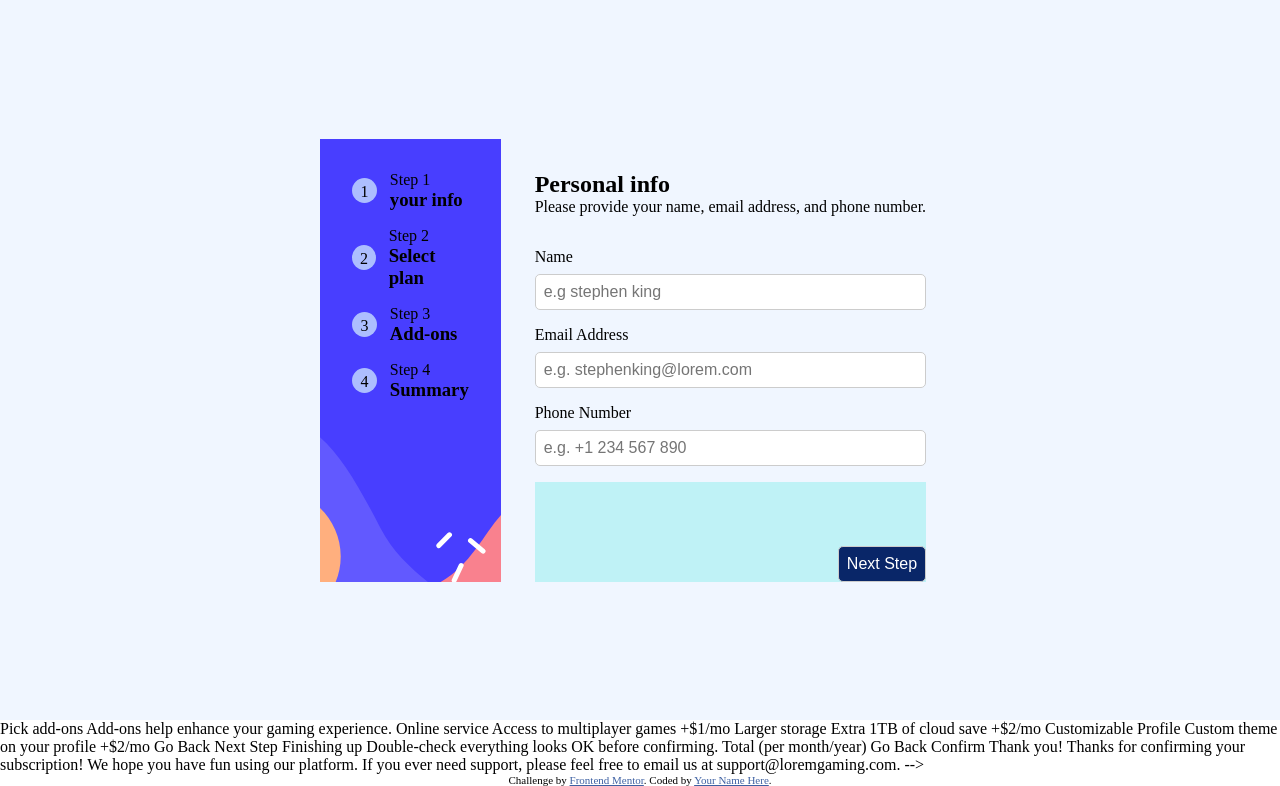
Repository: reemoon-ctrl/reemoon-ctrl.github.io
Page: index.html
An editor plug-in stored every save of this project. The page is shown before and after the next save, followed by the edit.
The browser window is 1280 px wide. The pictures show the whole page.

Above is the page before, as saved 2025-04-29 09:38:11.

After the next save:
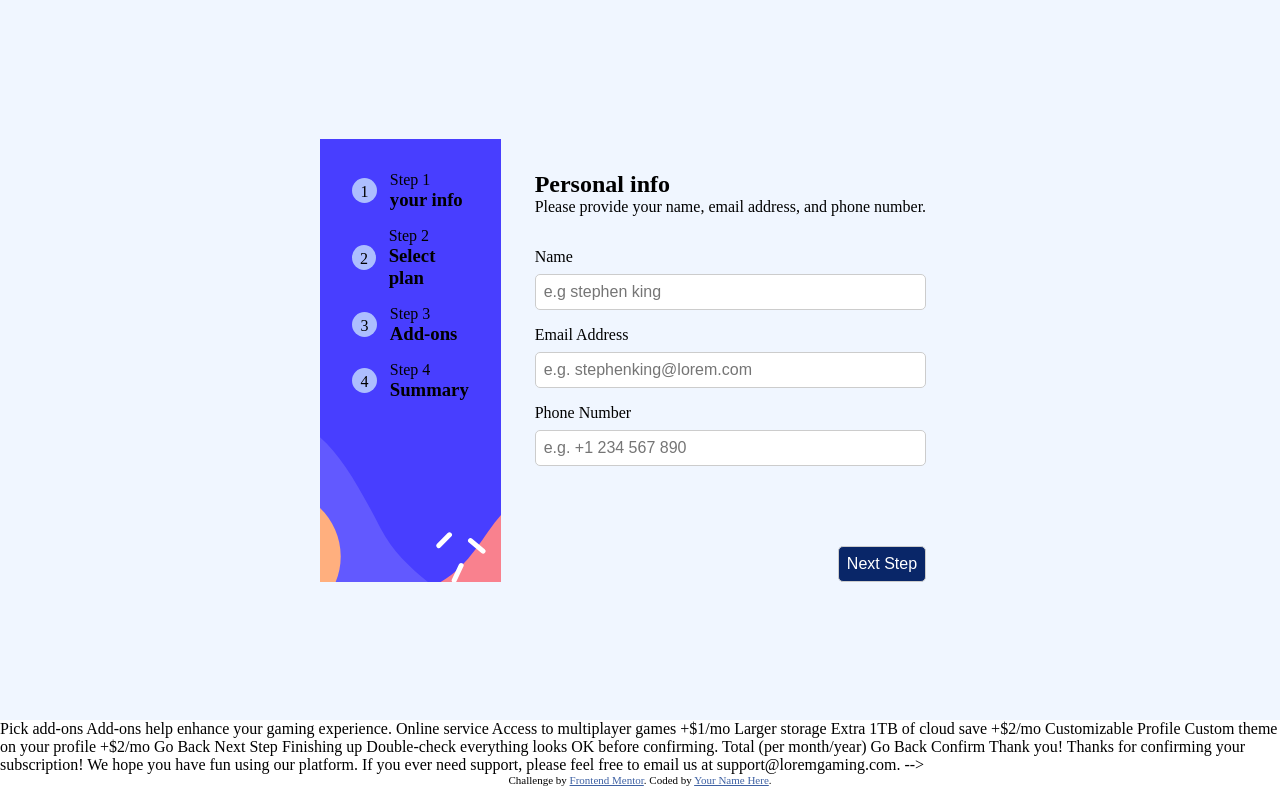
Saved 49 s later.
--- a/style.css
+++ b/style.css
@@ -74,7 +74,7 @@
     display: flex;
     justify-content:flex-end;
     align-items: center;
-    background-color: #bff2f6;
+    /* background-color: #bff2f6; */
     padding-top: 4rem;
 }
 #nextStepbtn{
